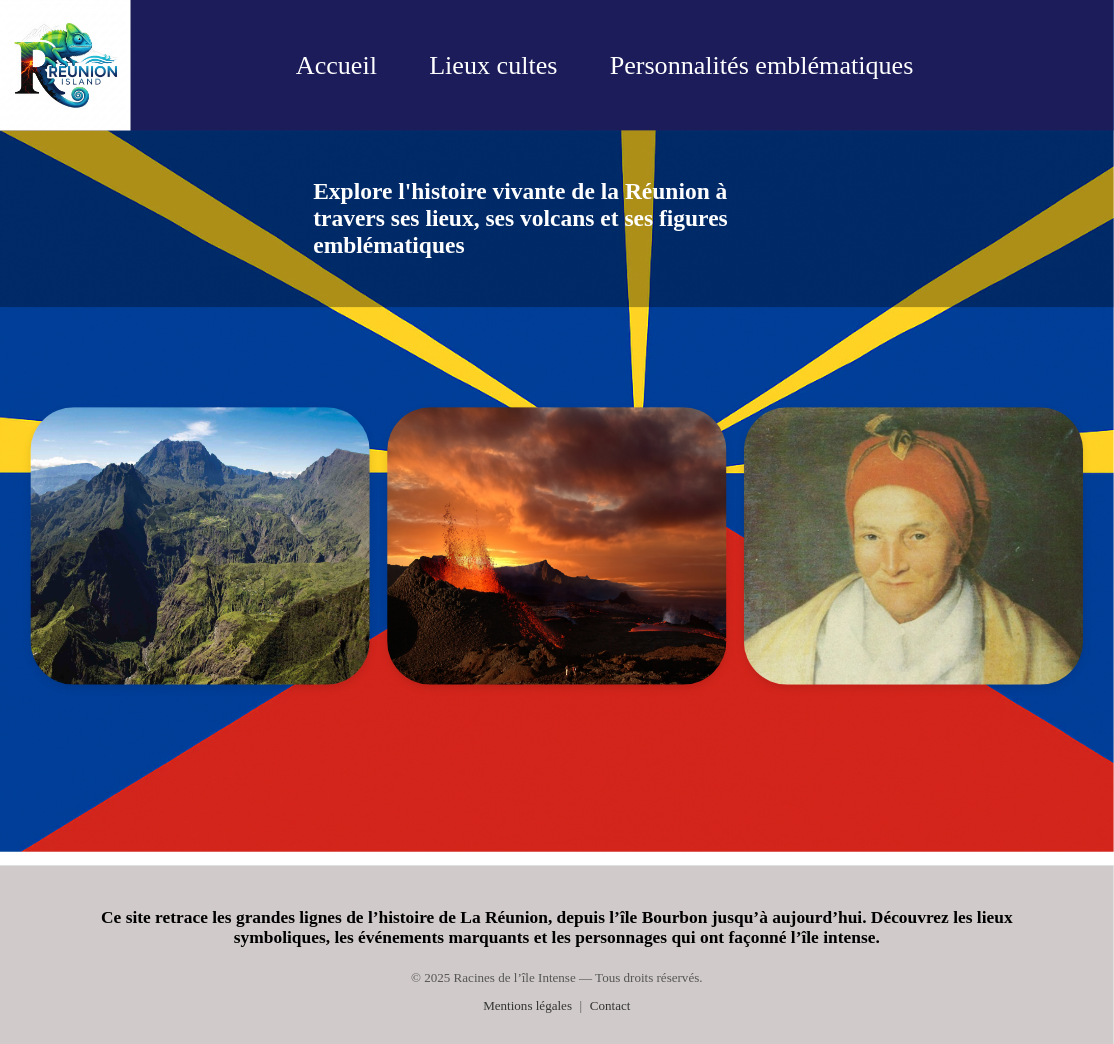
Repository: racinesintense974/Racines-de-lile-intense
Page: index.html
An editor plug-in stored every save of this project. The page is shown before and after a run of saves, followed by the edit.
The browser window is 1280 px wide. The pictures show the whole page, at 87% of full size.

Above is the page before, as saved 2026-02-10 14:26:40.

After the next 2 saves:
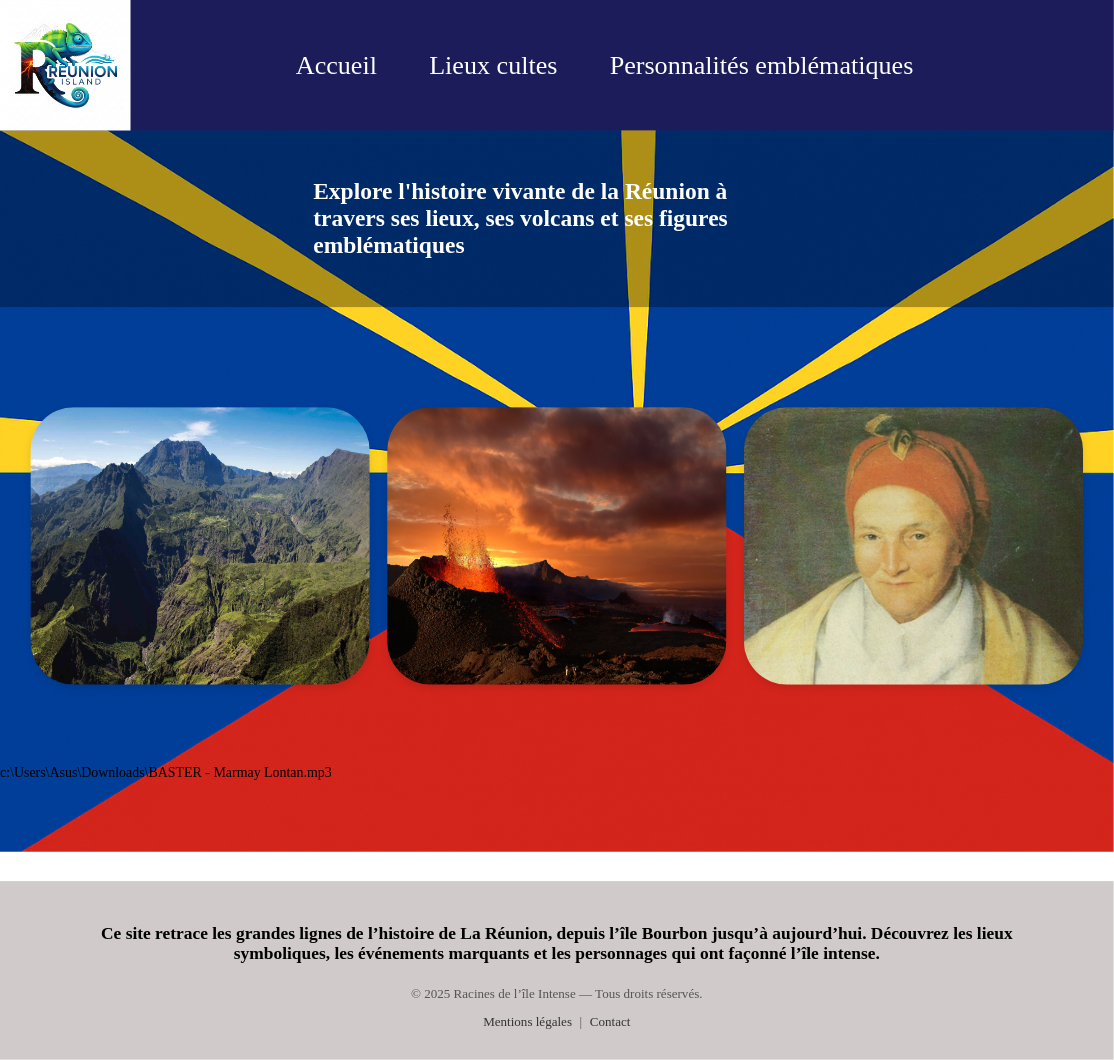
The 2 saves are shown as one change because they came seconds apart.
The last was saved 47 h 25 min later.
--- a/index.html
+++ b/index.html
@@ -51,6 +51,8 @@
 </section>
 </div>
 
+c:\Users\Asus\Downloads\BASTER - Marmay Lontan.mp3
+
    <footer class="footer">
     <h1 class="big-title2">Ce site retrace les grandes lignes de l’histoire de La Réunion, depuis l’île Bourbon jusqu’à aujourd’hui. Découvrez les lieux symboliques, les événements marquants et les personnages qui ont façonné l’île intense.</h1>
   <p>&copy; 2025 Racines de l’île Intense — Tous droits réservés.</p>

After the save that followed:
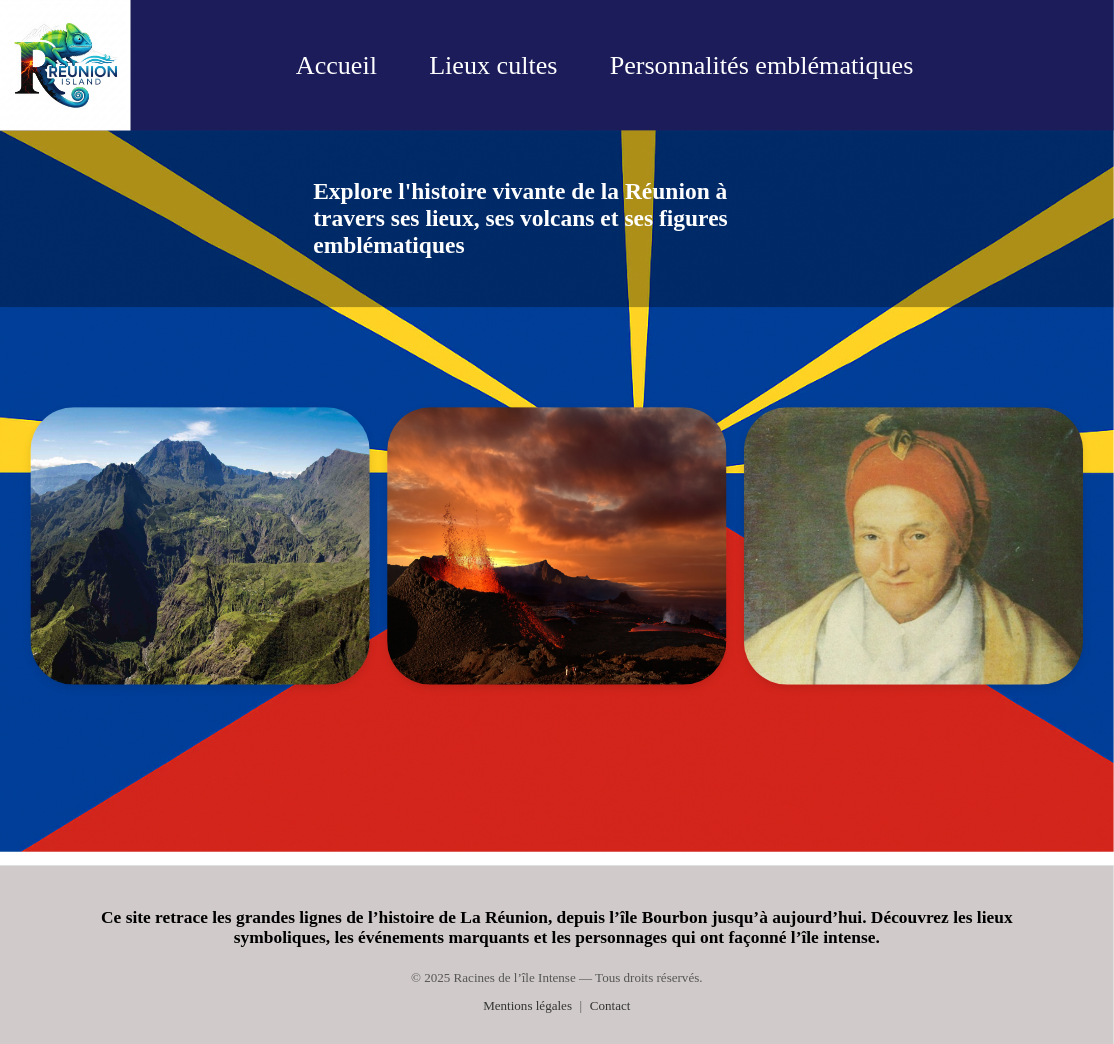
Saved 5 s later.
--- a/index.html
+++ b/index.html
@@ -51,7 +51,7 @@
 </section>
 </div>
 
-c:\Users\Asus\Downloads\BASTER - Marmay Lontan.mp3
+
 
    <footer class="footer">
     <h1 class="big-title2">Ce site retrace les grandes lignes de l’histoire de La Réunion, depuis l’île Bourbon jusqu’à aujourd’hui. Découvrez les lieux symboliques, les événements marquants et les personnages qui ont façonné l’île intense.</h1>
